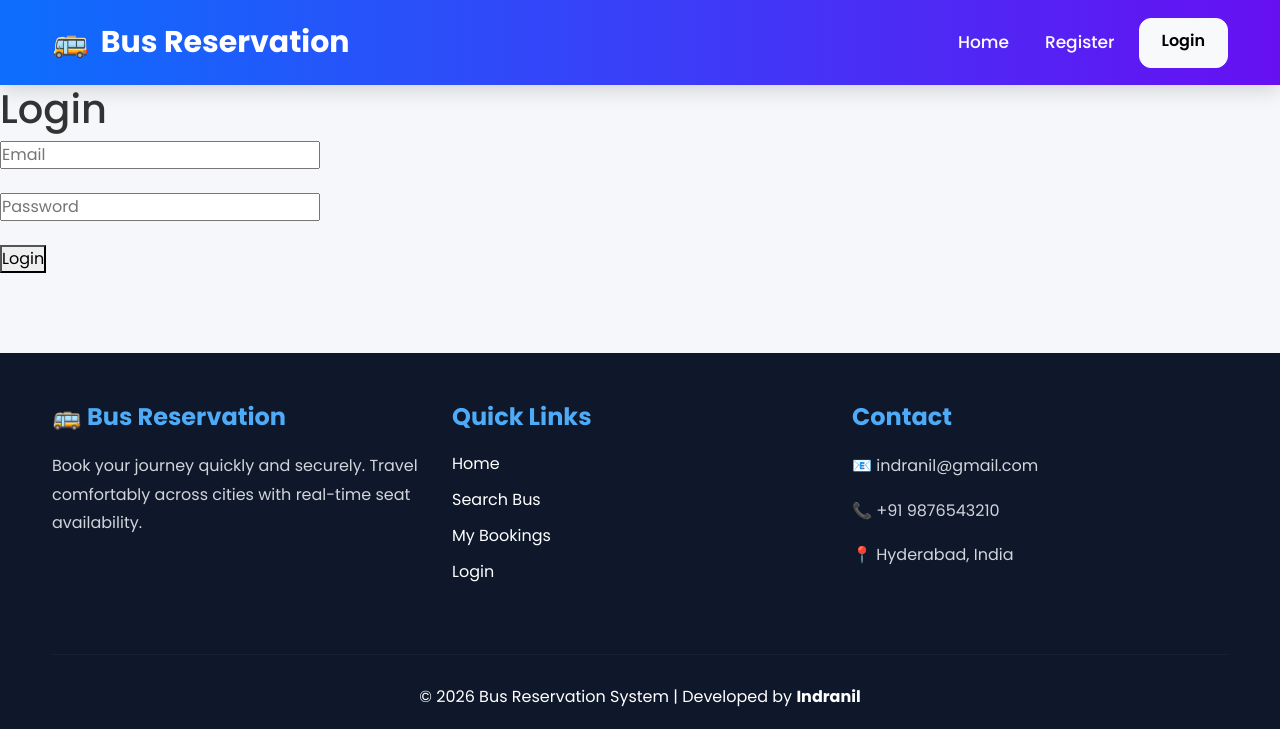
Repository: Eswarabhinay06/Bus-Reservation-System
Page: /login (app in AIML-09-Bus-Reservation-System-main/bus-reservation-frontend/)
These files come from the project's save history. The page is drawn as it stood at one moment and after the next save; the edit follows.
The browser window is 1280 px wide. The pictures show the whole page.
The project was rebuilt for these pictures with package versions that can differ from the ones it lists, and the page was loaded fresh each time. Also part of the build but not shown: AIML-09-Bus-Reservation-System-main/bus-reservation-frontend/vite.config.js, AIML-09-Bus-Reservation-System-main/bus-reservation-frontend/src/styles/Hero.css, AIML-09-Bus-Reservation-System-main/bus-reservation-frontend/src/components/Hero.jsx, AIML-09-Bus-Reservation-System-main/bus-reservation-frontend/src/components/SearchBar.jsx, AIML-09-Bus-Reservation-System-main/bus-reservation-frontend/src/styles/BusCard.css, AIML-09-Bus-Reservation-System-main/bus-reservation-frontend/src/components/BusCard.jsx, AIML-09-Bus-Reservation-System-main/bus-reservation-frontend/src/styles/SeatSelection.css, AIML-09-Bus-Reservation-System-main/bus-reservation-frontend/src/components/SeatSelection.jsx and 7 more.

Above is the page before, as saved 2026-07-14 11:26:27.

After the next save:
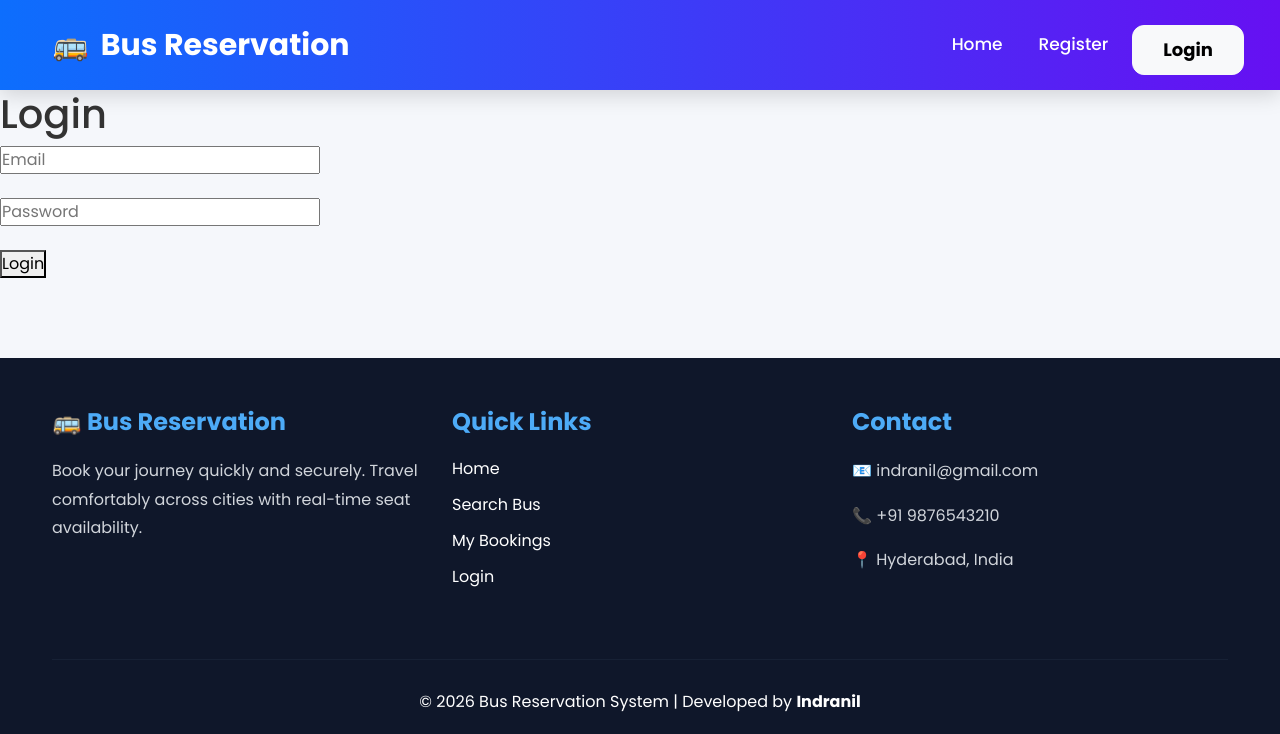
Saved 8 s later.
--- a/AIML-09-Bus-Reservation-System-main/bus-reservation-frontend/src/styles/Login.css
+++ b/AIML-09-Bus-Reservation-System-main/bus-reservation-frontend/src/styles/Login.css
@@ -1,84 +1,86 @@
 .login-page{
+
     min-height:100vh;
-    background:linear-gradient(135deg,#2563eb,#6d28d9);
     display:flex;
     justify-content:center;
     align-items:center;
-    padding:40px;
+    background:linear-gradient(135deg,#0d6efd,#6610f2);
+
 }
 
 .login-card{
-    width:450px;
+
     background:white;
-    border-radius:25px;
-    padding:45px;
-    box-shadow:0 20px 45px rgba(0,0,0,.25);
-}
+    width:420px;
+    padding:40px;
+    border-radius:20px;
+    box-shadow:0 15px 35px rgba(0,0,0,.25);
 
-.logo{
-    text-align:center;
-    color:#2563eb;
-    font-weight:700;
-    margin-bottom:10px;
 }
 
 .login-card h2{
+
     text-align:center;
-    margin-bottom:5px;
+    color:#0d6efd;
+    font-weight:bold;
+
 }
 
-.subtitle{
+.login-card h4{
+
     text-align:center;
-    color:gray;
     margin-bottom:30px;
+
 }
 
 .login-card label{
-    display:block;
+
     font-weight:600;
-    margin-top:15px;
     margin-bottom:8px;
+
 }
 
-.login-card input{
-    width:100%;
-    padding:15px;
+.login-card .form-control{
+
+    height:50px;
     border-radius:12px;
-    border:1px solid #ccc;
-    font-size:16px;
-    transition:.3s;
+
 }
 
-.login-card input:focus{
-    outline:none;
-    border-color:#2563eb;
-    box-shadow:0 0 8px rgba(37,99,235,.3);
+.login-card .form-control:focus{
+
+    border:2px solid #0d6efd;
+    box-shadow:none;
+
 }
 
-.login-card button{
+.login-btn{
+
     width:100%;
-    margin-top:30px;
-    padding:15px;
-    border:none;
+    height:50px;
     border-radius:12px;
-    background:#16a34a;
-    color:white;
     font-size:18px;
     font-weight:bold;
-    transition:.3s;
-}
+    margin-top:10px;
 
-.login-card button:hover{
-    background:#15803d;
-    transform:translateY(-2px);
 }
 
 .register-link{
+
     text-align:center;
-    margin-top:25px;
+
 }
 
 .register-link a{
+
     text-decoration:none;
     font-weight:bold;
+    margin-left:5px;
+
 }
+
+.register-link a:hover{
+
+    text-decoration:underline;
+
+}
